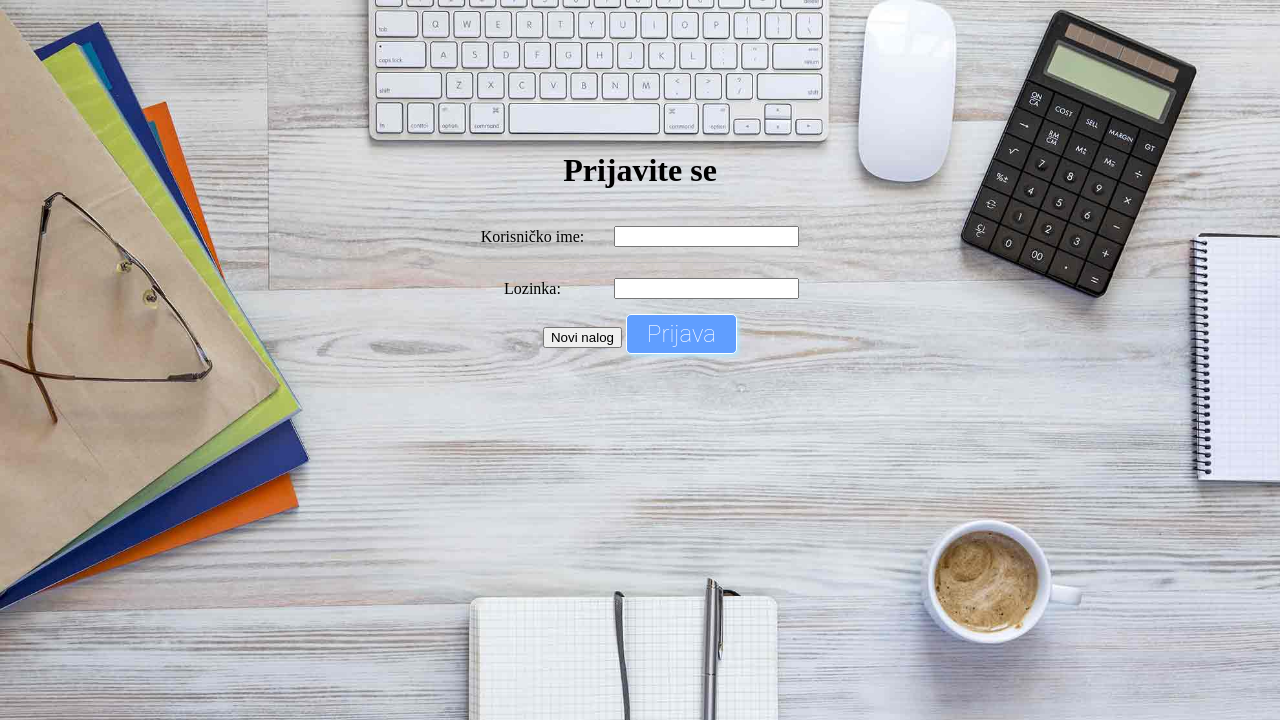
Repository: KristijanPetkovic/java-applet-video-library
Page: http://localhost/www.videoteka.com/
An editor plug-in stored every save of this project. The page is shown before and after the next save, followed by the edit.
The browser window is 1280 px wide. The pictures show the whole page.
The page is served by Tomcat 9.

Above is the page before, as saved 2019-01-09 21:16:40.

After the next save:
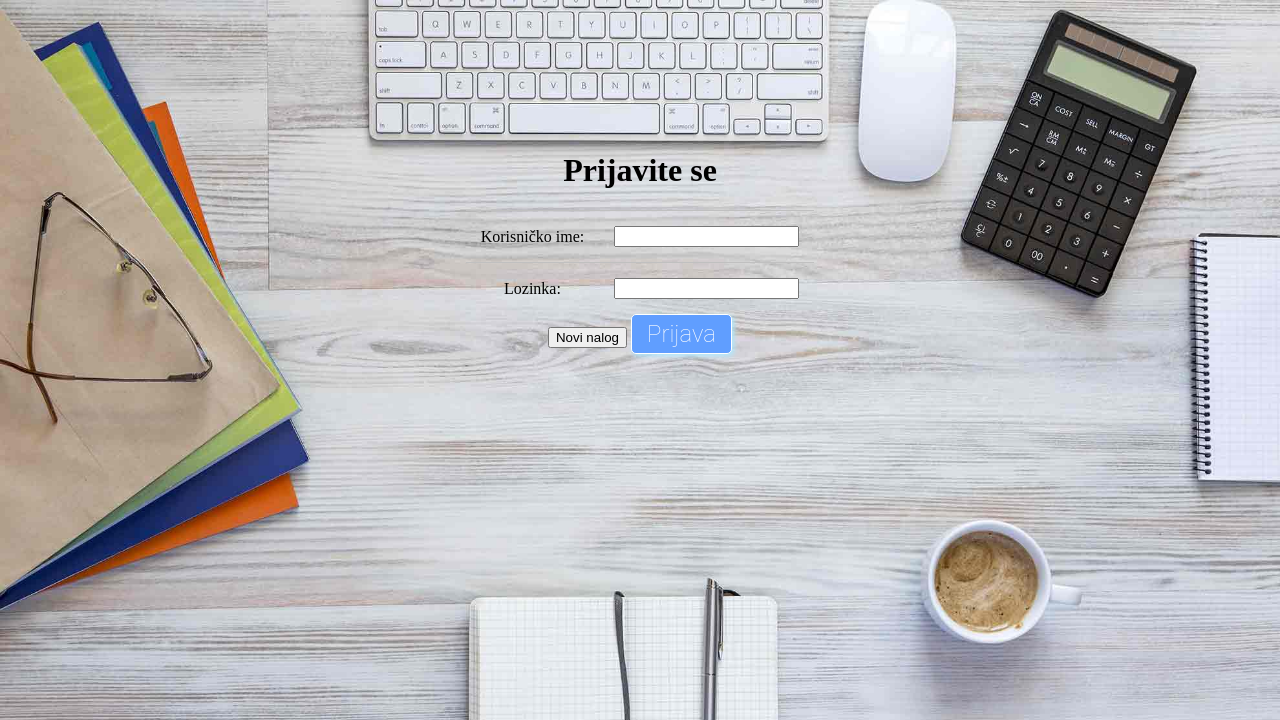
Saved 8 s later.
--- a/Projekti/www.videoteka.com/WebContent/logovanje.css
+++ b/Projekti/www.videoteka.com/WebContent/logovanje.css
@@ -50,7 +50,7 @@ input:focus{
 .color-change {
   border-radius: 5px;
   font-size: 20px;
-  padding: 5px 20px;
+  padding: 5px 15px;
   cursor: pointer;
   color: #fff;
   background-color: rgb(96, 158, 255);
